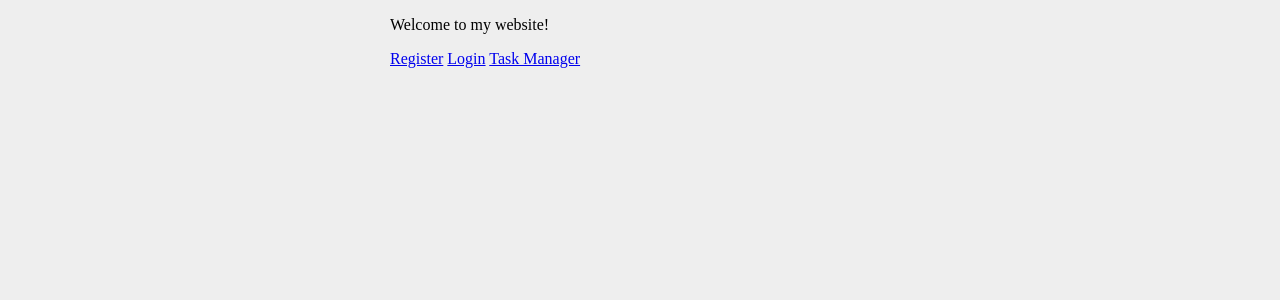
Repository: WillLiang918/Portfolio
Page: http://localhost/Task_Manager/
The author's editor kept a copy of each file at every save. The page is drawn from the files as they stood at one save, then again after the next save.
The browser window is 1280 px wide. The pictures show the whole page.
The page is served by Tomcat 9. Other server files are loaded and not shown.

Above is the page before, as saved 2015-07-22 02:56:34.

### Task_Manager/WebContent/index.jsp
<%@ page language="java" contentType="text/html" pageEncoding="UTF-8"%>
<!DOCTYPE html>
<html>
<head>
<meta charset="utf-8">
<title>JSP AJAX Form</title>
<script src="javascript/jquery-2.1.4.js"></script>
<script src="javascript/basic.js"></script>
<link rel="stylesheet" href="css/basic.css" type="text/css" media="screen" />
</head>
<body>
	<p class="Large">Welcome to my website!</p>
	<a href="RegisterUser.html">Register</a>
	<a href="login.html">Login</a>
	<a href="form.html">Task Manager</a>
</body>
</html>

### Task_Manager/WebContent/javascript/basic.js
/**
 *
 */

$(document).ready(function(){
	$('#updateUsername').submit(function(){
		$.ajax({
			url: 'update',
			type: 'POST',
			dataType: 'json',
			data: $('#updateUsername').serialize(),
			success: function(data){
				if(data.isValid){
					$('#displayName').html('Your name is: ' + data.username);
					$('#displayName').slideDown(500);
				}
				else {
					alert('Please enter a valid username!')
				}
			}
		});
		return false;
	});
});

### Task_Manager/WebContent/css/basic.css
@CHARSET "UTF-8";

body {
	margin: 0px auto;
	width: 500px;
	background-color: #EEEEEE;
}

p.large{
	font-size:20px
}

p.small{
	font-size:15px;
}

p#displayName {
	display: none;
}

Loaded but not shown: Task_Manager/WebContent/javascript/jquery-2.1.4.js (library)

After the next save:
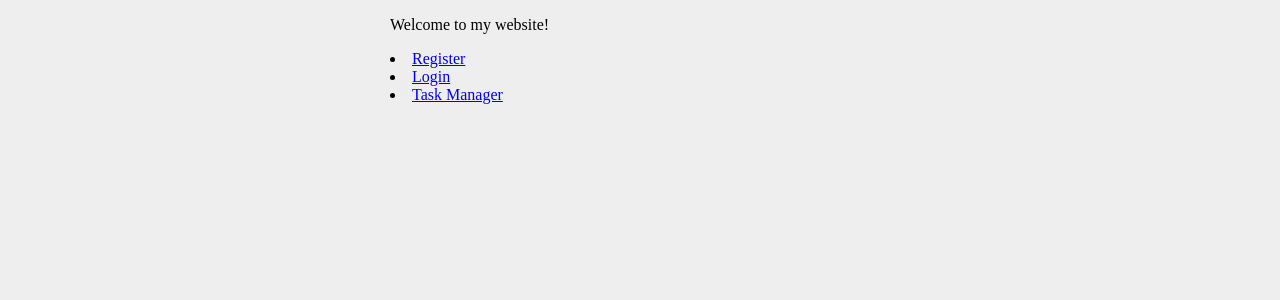
Saved 106 s later.
--- a/Task_Manager/WebContent/index.jsp
+++ b/Task_Manager/WebContent/index.jsp
@@ -10,8 +10,14 @@
 </head>
 <body>
 	<p class="Large">Welcome to my website!</p>
-	<a href="RegisterUser.html">Register</a>
-	<a href="login.html">Login</a>
-	<a href="form.html">Task Manager</a>
+	<li>
+		<a href="RegisterUser.html">Register</a>
+	</li>
+	<li>
+		<a href="login.html">Login</a>
+	</li>
+	<li>
+		<a href="form.html">Task Manager</a>
+	</li>
 </body>
 </html>
